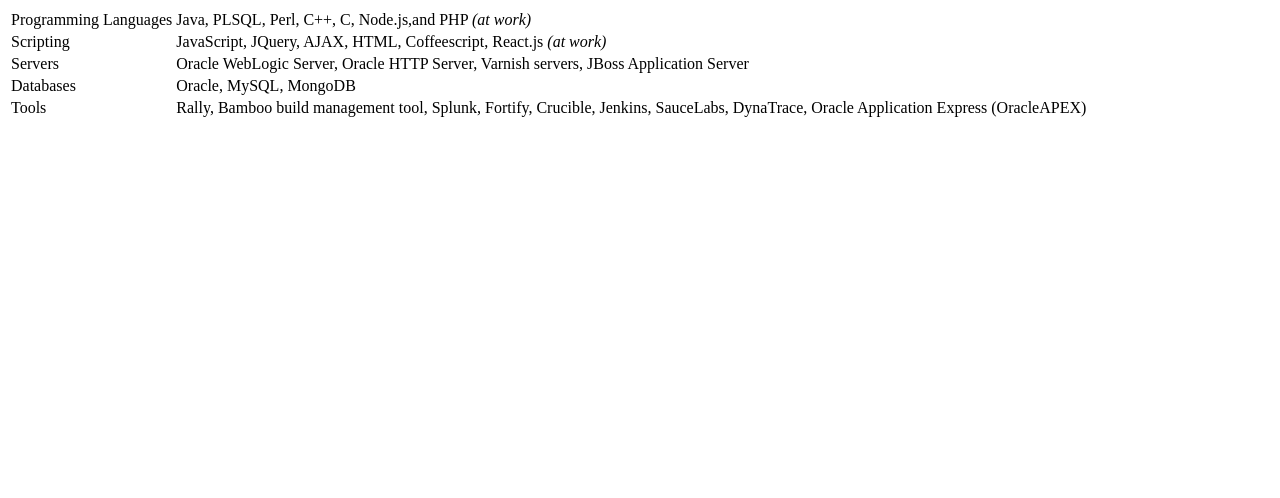
Repository: phanindrakannaji/Resume
Page: http://localhost/application/pages/skills.php
These files come from the project's save history. The page is drawn as it stood at one moment and after the next save; the edit follows.
The browser window is 1280 px wide. The pictures show the whole page.
The page is run by PHP 8.4 with error messages shown; the project is at /var/www/html/.

Above is the page before, as saved 2016-09-25 20:36:44.
Console error: ReferenceError: $ is not defined

### Resume/application/pages/skills.php
<script type="text/javascript"
	src="../resources/scripts/refreshScript.js"></script>
<table class="skillsTable">
	<tbody>
		<tr class="skillsRow">
			<td class="skillsHeading customfont3 smalltext">Programming Languages</td>
			<td class="skillsContent customfont2 smalltext">Java, PLSQL, Perl, C++, C, Node.js,and PHP
				<i>(at work)</i>
			</td>
		</tr>
		<tr class="skillsRow">
			<td class="skillsHeading customfont3 smalltext">Scripting</td>
			<td class="skillsContent customfont2 smalltext">JavaScript, JQuery, AJAX, HTML,
				Coffeescript, React.js <i>(at work)</i>
			</td>
		</tr>
		<tr class="skillsRow">
			<td class="skillsHeading customfont3 smalltext">Servers</td>
			<td class="skillsContent customfont2 smalltext">Oracle WebLogic Server, Oracle HTTP Server,
				Varnish servers, JBoss Application Server</td>
		</tr>
		<tr class="skillsRow">
			<td class="skillsHeading customfont3 smalltext">Databases</td>
			<td class="skillsContent customfont2 smalltext">Oracle, MySQL, MongoDB</td>
		</tr>
		<tr class="skillsRow">
			<td class="skillsHeading customfont3 smalltext">Tools</td>
			<td class="skillsContent customfont2 smalltext">Rally, Bamboo build management tool,
				Splunk, Fortify, Crucible, Jenkins, SauceLabs, DynaTrace, Oracle
				Application Express (OracleAPEX)</td>
		</tr>
	</tbody>
</table>

### Resume/resources/scripts/refreshScript.js
$(document).ready(function(){
	$("#commandInput").keypress(function(e){
		keypressInBox(e);
	});
	$("#commandInput").focus();
})

After the next save:
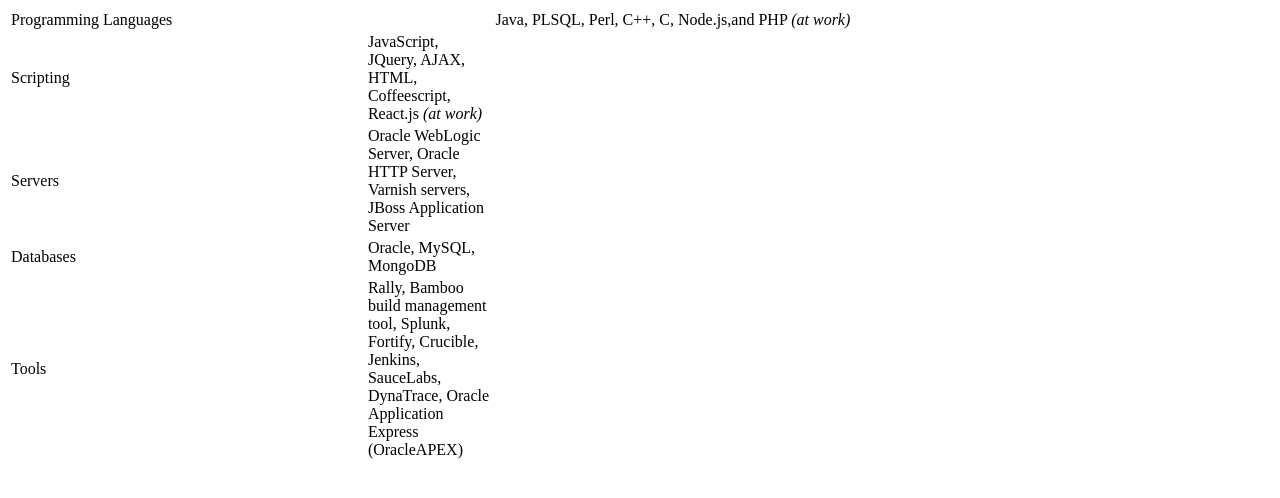
Saved 55 s later.
--- a/Resume/application/pages/skills.php
+++ b/Resume/application/pages/skills.php
@@ -4,6 +4,7 @@
 	<tbody>
 		<tr class="skillsRow">
 			<td class="skillsHeading customfont3 smalltext">Programming Languages</td>
+			<td width="10%"></td>
 			<td class="skillsContent customfont2 smalltext">Java, PLSQL, Perl, C++, C, Node.js,and PHP
 				<i>(at work)</i>
 			</td>
